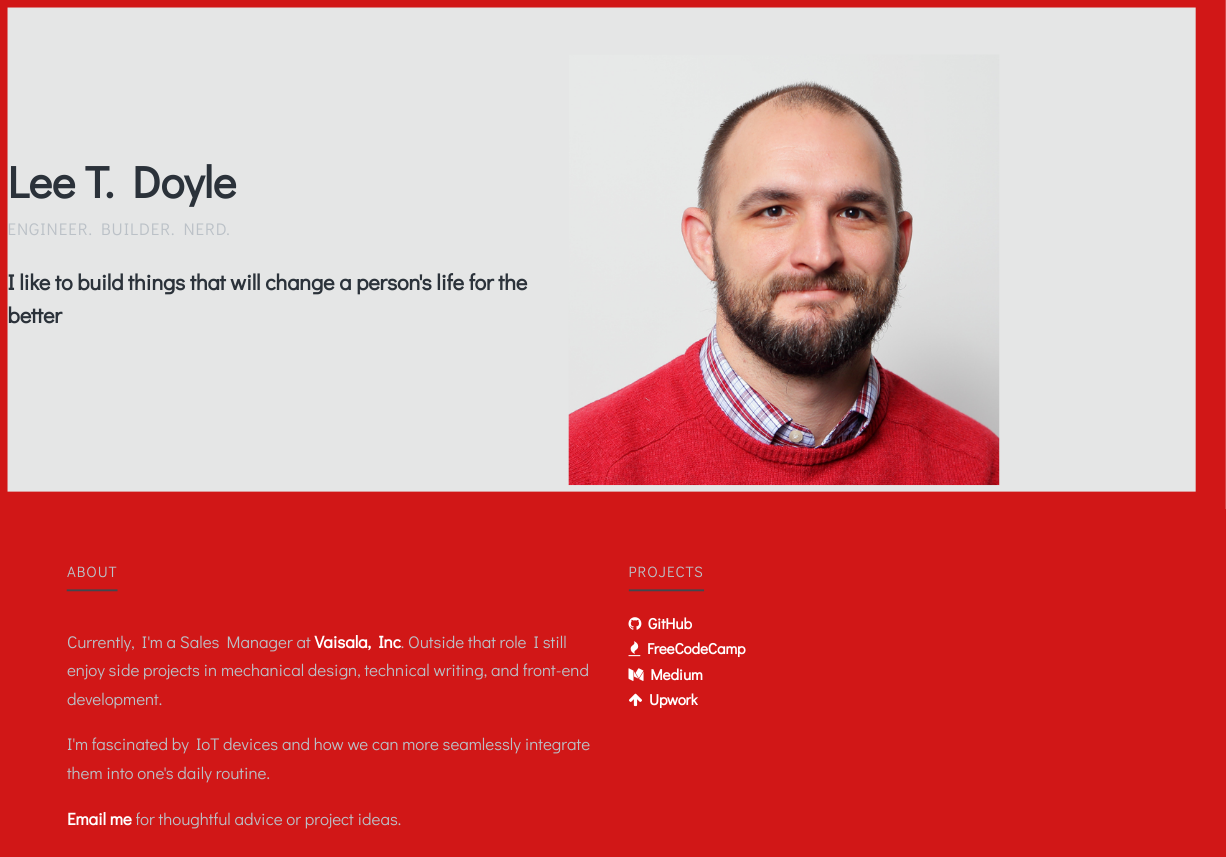
Repository: ldoyle0/ldoyle0.github.io
Page: index.html
The author's editor kept a record of every edit. The page is drawn from the files as they stood at one moment, then again after the next edit.
The browser window is 1280 px wide. The page is 1304 px wide, so the pictures cover 1304 px, including what lies to the right of the window. The pictures show the whole page, at 94% of full size.
Some web libraries are served in a nearby version.

Above is the page before.

### index.html
<!DOCTYPE html>
<html lang="en">

<head>

<!-- Styles -->
<link href="https://fonts.googleapis.com/css?family=Didact+Gothic" rel="stylesheet">
<link href="https://maxcdn.bootstrapcdn.com/font-awesome/4.4.0/css/font-awesome.min.css" rel="stylesheet">
<link href="./css/style.css" rel="stylesheet">

</head>

<body>
    <div class="title">
    <div class="container">
        <div class="row-fluid">
            <div class="span6 left">
                <h1>Lee T. Doyle</h1>
                <h2>Engineer. Builder. Nerd.</h2>
                <h3>I like to build things that will change a person's life for the better</h3>
            </div>
            <div class="span6 right">
                <img src="./img/LED.jpg">
            </div>
        </div>
    </div>
    </div>

<footer>
    <div class="container about offset">
        <div class="row-fluid">
            <div class="span6">
                <h4>About</h4>
                <p>
                    Currently, I'm a Sales Manager at <a href="http://www.vaisala.com/en/Pages/default.aspx">Vaisala, Inc</a>.
                    Outside that role I still enjoy side projects in mechanical design, technical writing, and
                    front-end development.
                </p>
                <p>
                    I'm fascinated by IoT devices and how we can more seamlessly integrate them into one's daily routine.
                </p>
                <p>
                    <a href="mailto:ldoyle0@gmail.com">Email me</a> for thoughtful advice or project ideas.
                </p>
            </div>
            <div class="span6">
                <h4>Projects</h4>
                <ul>
                    <li><a href="https://github.com/ldoyle0"><i class="fa fa-github"></i>GitHub</a></li>
                    <li><a href="https://www.freecodecamp.org/ldoyle0"><i class="fa fa-fire"></i>FreeCodeCamp</a></li>
                    <li><a href="https://medium.com/@leetdoyle"><i class="fa fa-medium"></i>Medium</a></li>
                    <li><a href="https://www.upwork.com/o/profiles/users/_~01666dd24ce2e08ba3/"><i class="fa fa-arrow-up"></i>Upwork</a></li>
                </ul>
            </div>
        </div>
    </div>
</footer>

</body>

</html>

### css/style.css
@import "bootstrap-responsive.css";

/*
color scheme
#d11717 - red
#17d1d1 - blue-green
#74d117 - green
*/

/* General */

body {
  color: #bbc1c7;
  background-color: #d11717;
  font-family: 'Didact Gothic', Arial, sans-serif;
  font-weight: 400;
  line-height: 1.7;
}

div {
  display: block;
}

h1,
h2,
h3 {
  line-height: 40px;
}

h1 {
  font-size: 47px;
  font-weight: 700;
  color: #2b323a;
  margin: 0 0 10px 0;
}
h2 {
  font-size: 18px;
  text-transform: uppercase;
  font-weight: 400;
  letter-spacing: 1px;
  margin: 0;
}
h3 {
  font-size: 23px;
  color: #2b323a;
  line-height: 1.5;
  margin: 20px 0 0 0;
}
h4 {
  display: inline-block;
  text-transform: uppercase;
  font-size: 16px;
  font-weight: 400;
  letter-spacing: 1px;
  border-bottom: 2px solid #41474e;
  padding-bottom: 5px;
  margin-bottom: 20px;
}

div i {
    margin-right: 7px;
}

p {
  font-size: 18px;
}

.title {
    background-color: #e5e6e6;
}

@media only screen and (min-width: 1200px) {
  .title {
    min-height: 492px;
  }
}
.title .left {
  padding-top: 165px;
  padding-bottom: 125px;
}
@media only screen and (max-width: 767px) {
  .title .left {
    padding-top: 30px;
    padding-bottom: 0;
  }
}
@media only screen and (min-width: 768px) and (max-width: 991px) {
  .title .left {
    padding-top: 80px;
    padding-bottom: 0;
  }
}
.title .right {
  padding-top: 50px;
}
@media only screen and (max-width: 767px) {
  .title h2 {
    font-size: 16px;
  }
}
.title h2 em {
  padding-left: 5px;
  padding-right: 5px;
}
@media only screen and (max-width: 767px) {
  .title h2 em {
    padding-left: 0;
    padding-right: 0;
    font-size: 16px;
  }
}

img {
  max-width: 80%;
}

.img-circle {
  -webkit-border-radius: 500px;
     -moz-border-radius: 500px;
          border-radius: 500px;
}

.row-fluid {
  width: 100%;
  *zoom: 1;
}

.row-fluid:before,
.row-fluid:after {
  display: table;
  line-height: 0;
  content: "";
}

.row-fluid:after {
  clear: both;
}

.row-fluid [class*="span"] {
  display: block;
  float: left;
  width: 100%;
  min-height: 30px;
  margin-left: 2.127659574468085%;
  *margin-left: 2.074468085106383%;
  -webkit-box-sizing: border-box;
     -moz-box-sizing: border-box;
          box-sizing: border-box;
}

.row-fluid [class*="span"]:first-child {
  margin-left: 0;
}

.row-fluid .span8 {
  width: 65.95744680851064%;
  *width: 65.90425531914893%;
}

.row-fluid .span6 {
  width: 48.93617021276595%;
  *width: 48.88297872340425%;
}

.row-fluid .span4 {
  width: 31.914893617021278%;
  *width: 31.861702127659576%;
}

.row-fluid .span3 {
  width: 23.404255319148934%;
  *width: 23.351063829787233%;
}

.offset {
  padding-left: 5%;
  padding-right: 5%;
}

footer ul,
footer ul li {
  list-style-type: none;
  margin: 0;
  padding: 0;
}

a,
a:visited {
  text-decoration: none;
  font-weight: 600;
  color: white;
}
a:hover,
a:focus,
a:active {
  color: white;
  border-bottom: 1px solid white;
  padding-bottom: 5px;
}

footer {
  padding-top: 50px;
  padding-bottom: 0;
  margin-bottom: 0;
}

Loaded but not shown: css/bootstrap-responsive.css (library)

After the next edit:
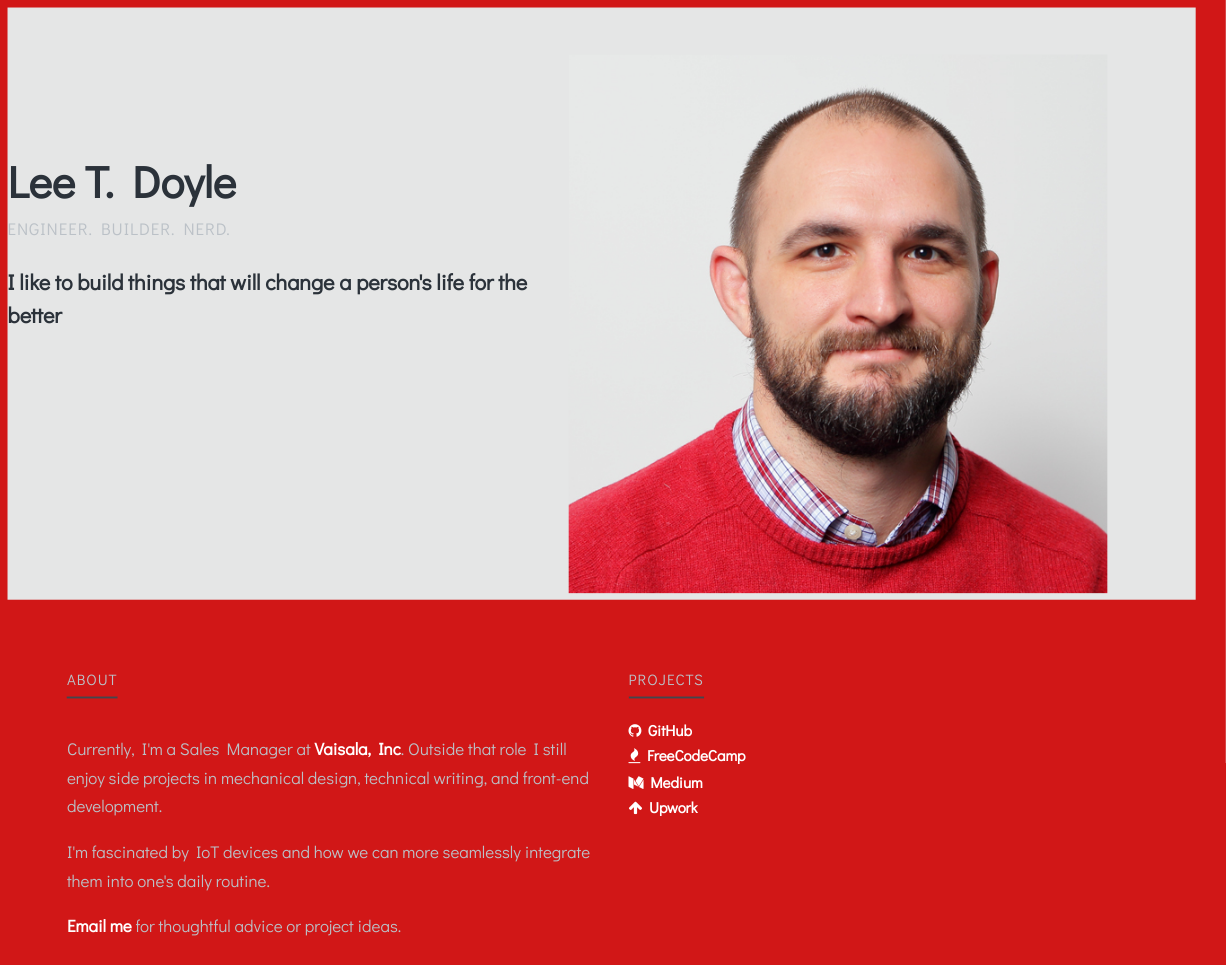
The edit:
--- a/css/style.css
+++ b/css/style.css
@@ -111,7 +111,7 @@
 }
 
 img {
-  max-width: 80%;
+  max-width: 100%;
 }
 
 .img-circle {
